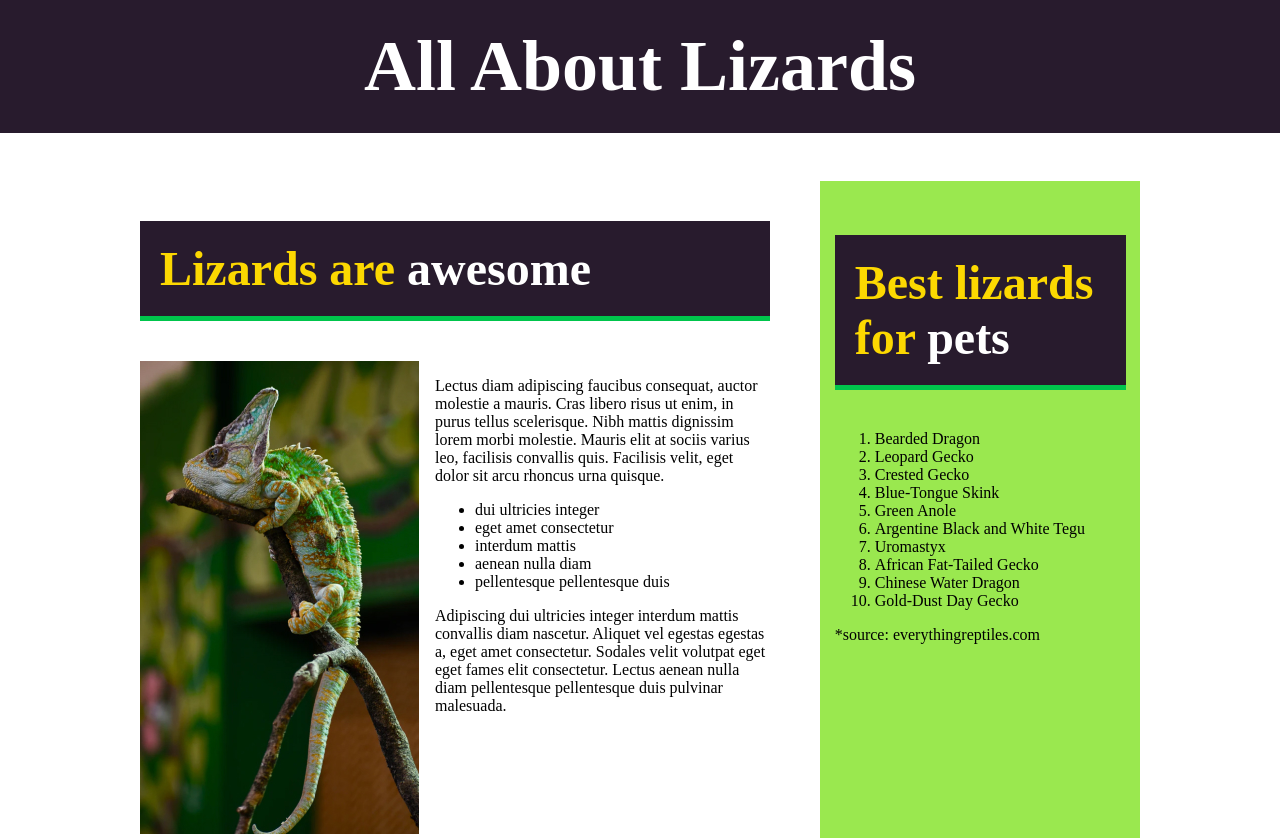
Repository: Doumham-Armah/lizards-landing--page
Page: index.html
The author's editor kept a copy of each file at every save. The page is drawn from the files as they stood at one save, then again after the next save.
The browser window is 1280 px wide. The pictures show the whole page.

Above is the page before, as saved 2021-08-10 15:44:14.

### index.html
<!DOCTYPE html>
<html>
  <head>
    <title>All about lizards</title>
    <link href="css/style.css" rel="stylesheet" />
  </head>
  <body>
    <header>
      <h1>All About Lizards</h1>
    </header>

    <main>
      <div class="container">
        <div class="columns">
          <section class="main-content">
            <h2 class="subhead">
              Lizards are <span class="white-text">awesome</span>
            </h2>

            <div class="columns">
              <div class="col-left">
                <img
                  src="images/chameleon.jpg"
                  alt="a chameleon climbing a branch"
                />
              </div>

              <div class="col-right">
                <p>
                  Lectus diam adipiscing faucibus consequat, auctor molestie a
                  mauris. Cras libero risus ut enim, in purus tellus
                  scelerisque. Nibh mattis dignissim lorem morbi molestie.
                  Mauris elit at sociis varius leo, facilisis convallis quis.
                  Facilisis velit, eget dolor sit arcu rhoncus urna quisque.
                </p>

                <!-- insert the unordered list here -->
                <ul>
                  <li>dui ultricies integer</li>
                  <li>eget amet consectetur</li>
                  <li>interdum mattis</li>
                  <li>aenean nulla diam</li>
                  <li>pellentesque pellentesque duis</li>
                </ul>

                <p>
                  Adipiscing dui ultricies integer interdum mattis convallis
                  diam nascetur. Aliquet vel egestas egestas a, eget amet
                  consectetur. Sodales velit volutpat eget eget fames elit
                  consectetur. Lectus aenean nulla diam pellentesque
                  pellentesque duis pulvinar malesuada.
                </p>
              </div>
            </div>
          </section>

          <aside class="sidebar">
            <h2 class="subhead">
              Best lizards for <span class="white-text">pets</span>
            </h2>
            <!-- insert the ordered list here -->
            <ol>
              <li>Bearded Dragon</li>
              <li>Leopard Gecko</li>
              <li>Crested Gecko</li>
              <li>Blue-Tongue Skink</li>
              <li>Green Anole</li>
              <li>Argentine Black and White Tegu</li>
              <li>Uromastyx</li>
              <li>African Fat-Tailed Gecko</li>
              <li>Chinese Water Dragon</li>
              <li>Gold-Dust Day Gecko</li>
            </ol>
            <p>*source: everythingreptiles.com</p>
          </aside>
        </div>
        <!-- close columns -->
      </div>
      <!-- close container -->
    </main>
  </body>
</html>

### css/style.css
body {
  margin: 0;
}

/* solution with h1 only */

h1 {
  background-color: #281b2d;
  color: #fff;
  text-align: center;
  font-size: 72px;
  margin-top: 0;
  padding: 25px 0;
}

.subhead {
  background-color: #281b2d;
  color: #fcd801;
  font-size: 48px;
  padding: 20px;
  border-bottom: 5px solid #00c54c;
}

.white-text {
  color: #fff;
}

.container {
  max-width: 62.5rem;
  margin: 0 auto;
  padding: 0 1.5rem;
}

.columns {
  display: flex;
}

.col-right {
  margin-left: 1rem;
}

.main-content {
  width: 65%;
  margin-right: 5%;
}

.sidebar {
  width: 30%;
}

.sidebar {
  background-color: #9ae84f;
  padding: 0.9rem;
}

After the next save:
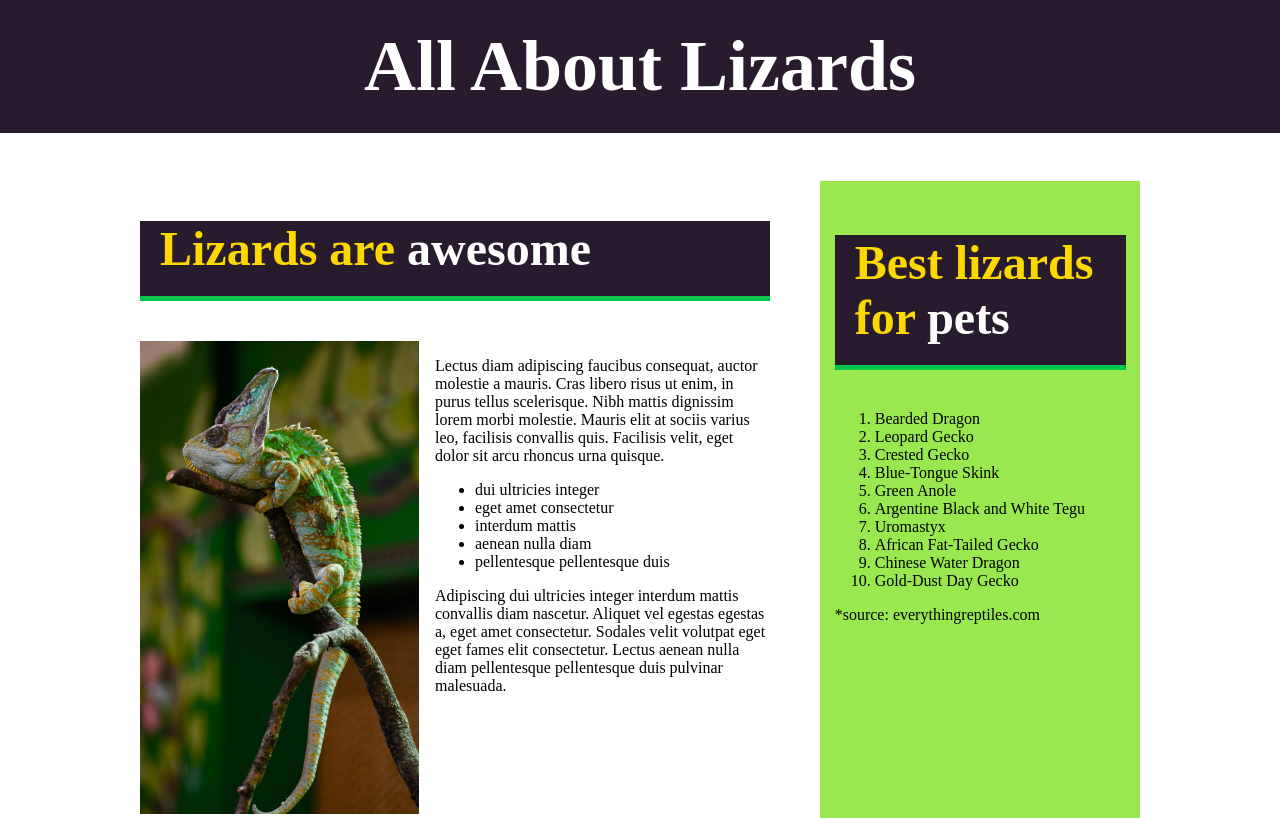
Saved 63 s later.
--- a/css/style.css
+++ b/css/style.css
@@ -19,6 +19,7 @@ h1 {
   font-size: 48px;
   padding: 20px;
   border-bottom: 5px solid #00c54c;
+  padding-top: 0;
 }
 
 .white-text {
